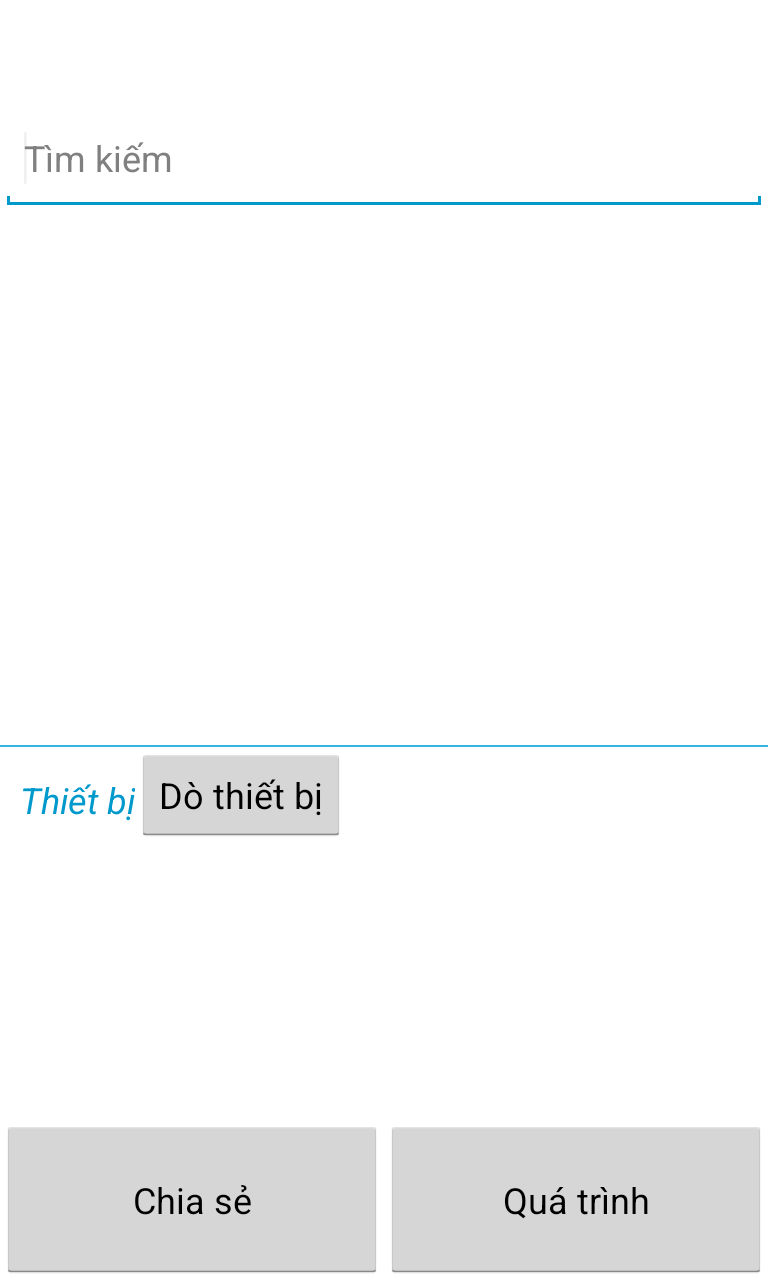
Repository: thinhnk55/android-appshare
Layout: ShareApp/res/layout/activity_main.xml
An editor plug-in stored every save of this project. The layout is shown before and after the next save, followed by the edit.
It is drawn on a 768 x 1280 px phone screen (xhdpi) without system bars, with theme AppTheme; the app's code is not run.

Above is the layout before, as saved 2014-07-17 15:40:25.

### ShareApp/res/layout/activity_main.xml
<RelativeLayout xmlns:android="http://schemas.android.com/apk/res/android"
    xmlns:tools="http://schemas.android.com/tools"
    android:layout_width="match_parent"
    android:layout_height="match_parent"
    tools:context=".MainActivity" >

    <TabHost
        android:id="@android:id/tabhost"
        android:layout_width="match_parent"
        android:layout_height="match_parent"
        android:layout_alignParentLeft="true"
        android:layout_alignParentTop="true" >

        <LinearLayout
            android:layout_width="match_parent"
            android:layout_height="match_parent"
            android:orientation="vertical"
            android:weightSum="120" >

            <TabWidget
                android:id="@android:id/tabs"
                android:layout_width="match_parent"
                android:layout_height="0dp"
                android:layout_weight="10" >
            </TabWidget>

            <AutoCompleteTextView
                android:id="@+id/autoCompleteTextView1"
                android:layout_width="match_parent"
                android:layout_height="0dp"
                android:layout_weight="10"
                android:ems="10"
                android:hint="@string/search" >

                <requestFocus
                    android:layout_width="wrap_content"
                    android:layout_height="wrap_content" />
            </AutoCompleteTextView>

            <FrameLayout
                android:id="@android:id/tabcontent"
                android:layout_width="match_parent"
                android:layout_height="0dp"
                android:layout_weight="50" >
            </FrameLayout>

            <View
                android:layout_width="match_parent"
                android:layout_height="1dp"
                android:background="@android:color/holo_blue_light" />

            <LinearLayout
                android:layout_width="match_parent"
                android:layout_height="0dp"
                android:layout_weight="10"
                android:layout_gravity="right" >

                <TextView
                    android:id="@+id/textView1"
                    android:layout_width="wrap_content"
                    android:layout_height="match_parent"
                    android:layout_marginLeft="10dp"
                    android:gravity="center"
                    android:text="@string/device"
                    android:textAppearance="?android:attr/textAppearanceMedium"
                    android:textColor="@android:color/holo_blue_dark"
                    android:textStyle="italic" />

                <Button
                    android:id="@+id/btScan"
                    android:layout_width="wrap_content"
                    android:layout_height="wrap_content"
                    android:layout_gravity="right"
                    android:text="@string/scan" />

            </LinearLayout>

            <HorizontalScrollView
                android:id="@+id/horizontalScrollView1"
                android:layout_width="match_parent"
                android:layout_height="0dp"
                android:layout_weight="25" >

                <LinearLayout
                    android:layout_width="wrap_content"
                    android:layout_height="match_parent"
                    android:orientation="horizontal" >
                </LinearLayout>
            </HorizontalScrollView>

            <LinearLayout
                android:layout_width="match_parent"
                android:layout_height="0dp"
                android:layout_weight="15"
                android:weightSum="20" >

                <Button
                    android:id="@+id/button2"
                    android:layout_width="0dp"
                    android:layout_height="match_parent"
                    android:layout_weight="10"
                    android:text="@string/share" />

                <Button
                    android:id="@+id/button3"
                    android:layout_width="0dp"
                    android:layout_height="match_parent"
                    android:layout_weight="10"
                    android:text="@string/progress" />
            </LinearLayout>
        </LinearLayout>
    </TabHost>

</RelativeLayout>

### ShareApp/res/values/strings.xml
<?xml version="1.0" encoding="utf-8"?>
<resources>

    <string name="app_name">ShareApp</string>
    <string name="action_settings">Settings</string>
    <string name="hello_world">Hello world!</string>
    <string name="device">Thiết bị</string>
    <string name="share">Chia sẻ</string>
    <string name="progress">Quá trình</string>
    <string name="search">Tìm kiếm</string>
    <string name="scan">Dò thiết bị</string>

</resources>

Loaded but not shown: ShareApp/res/values/styles.xml (common file); ShareApp/res/values-v11/styles.xml (common file); ShareApp/res/values-v14/styles.xml (common file)

After the next save:
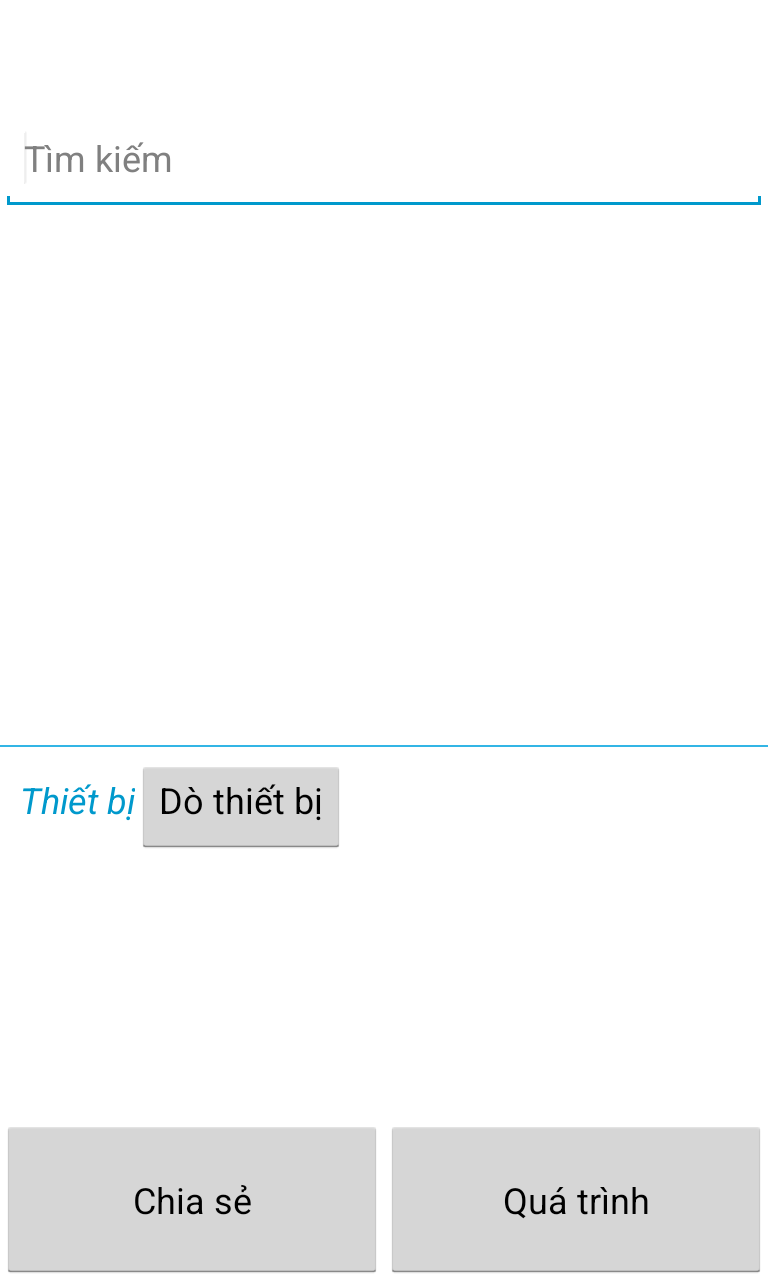
Saved 13 s later.
--- a/ShareApp/res/layout/activity_main.xml
+++ b/ShareApp/res/layout/activity_main.xml
@@ -70,7 +70,7 @@
                     android:id="@+id/btScan"
                     android:layout_width="wrap_content"
                     android:layout_height="wrap_content"
-                    android:layout_gravity="right"
+                    android:gravity="right"
                     android:text="@string/scan" />
 
             </LinearLayout>
